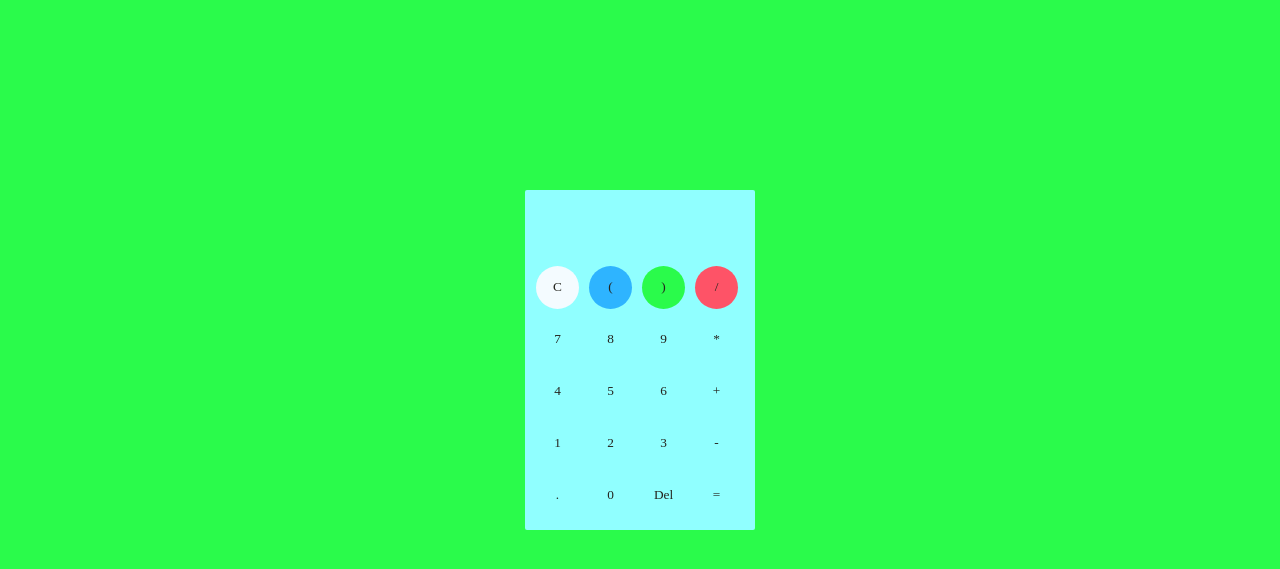
Repository: ServerK001/CalcJsVanilha
Page: index.html
The author's editor kept a copy of each file at every save. The page is drawn from the files as they stood at one save, then again after the next save.
The browser window is 1280 px wide. The pictures show the whole page.
Some web fonts or font styles are not loaded; a fallback is used.

Above is the page before, as saved 2022-02-14 22:01:50.

After the next save:
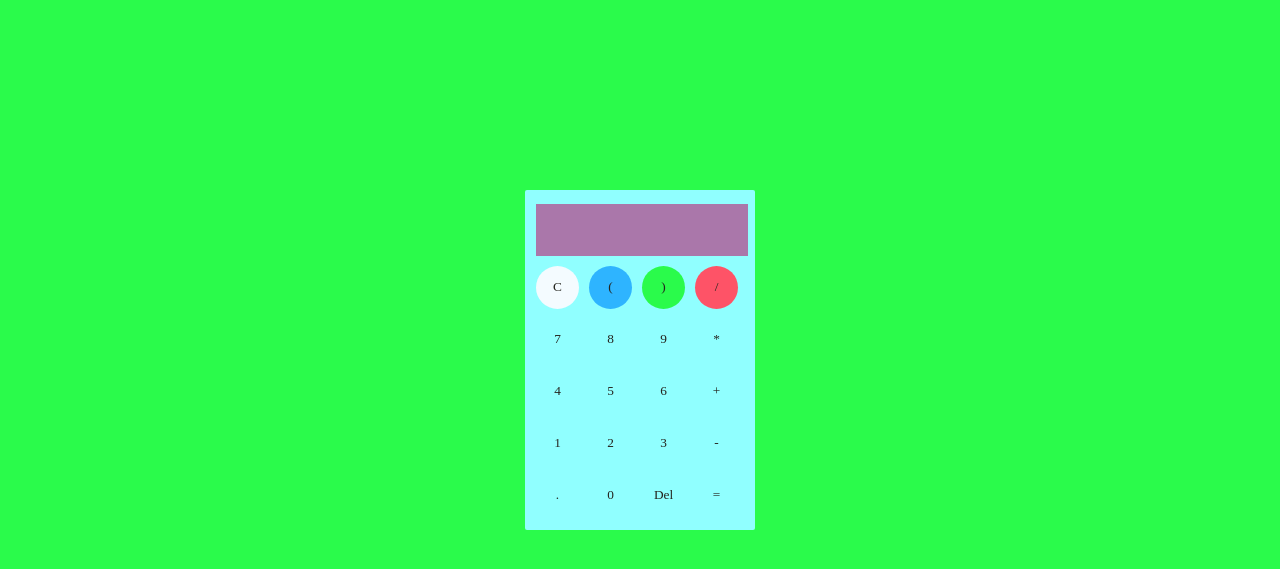
Saved 4 s later.
--- a/style.css
+++ b/style.css
@@ -3,7 +3,7 @@
 :root{
     --btn: #25251f;
     --font-display:#435338;
-    --displayBG:#a;
+    --displayBG:#a7af;
     --bgCalc:#90FFFF;
     --bgConteiner:#5b5b5b;
 
